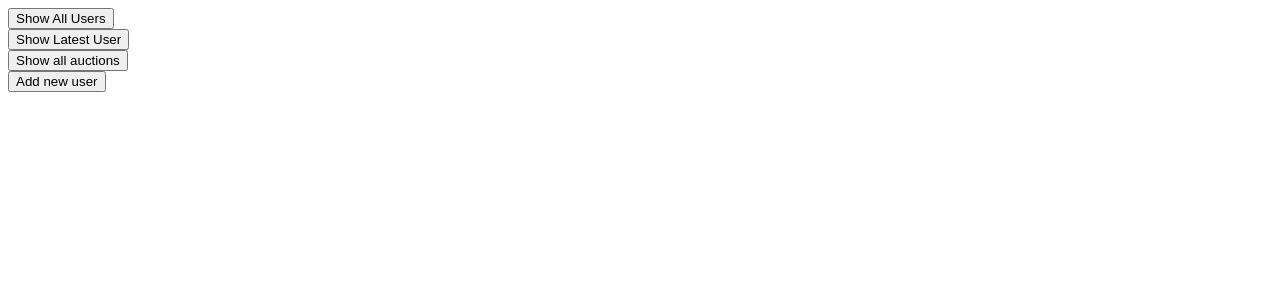
Repository: jnnbaran/DBManager
Page: http://localhost/DBServlet/
The author's editor kept a copy of each file at every save. The page is drawn from the files as they stood at one save, then again after the next save.
The browser window is 1280 px wide. The pictures show the whole page.
The page is served by Tomcat 9. Other server files are loaded and not shown.

Above is the page before, as saved 2019-11-18 17:30:45.

### DBServlet/WebContent/query.jsp
<%@ page language="java" contentType="text/html; charset=ISO-8859-1"
    pageEncoding="ISO-8859-1"%>
<!DOCTYPE html PUBLIC "-//W3C//DTD HTML 4.01 Transitional//EN" "http://www.w3.org/TR/html4/loose.dtd">
<html>
<head>
<meta http-equiv="Content-Type" content="text/html; charset=ISO-8859-1">
<title>SQL query</title>
</head>
<body>
 <form name="queryForm" action="UsersServlet" method="post">

        <button name="query" cols="50" rows="10" form="queryForm" value = "select * from users"> Show All Users </button>
       <br/>
        <button name="query" cols="50" rows="10" form="queryForm" value = "select * from users WHERE id=max(id)"> Show Latest User </button>

 </form>

<form name="queryForm" action="AuctionsServlet" method="post">

        <button name="query" cols="50" rows="10" form="queryForm" value = "select * from AUCTIONSONLINE "> Show all auctions </button>

 </form>


        <button name="query" cols="50" rows="10" form="queryForm" href="add.jsp"> Add new user </button>



</body>
</html>

After the next save:
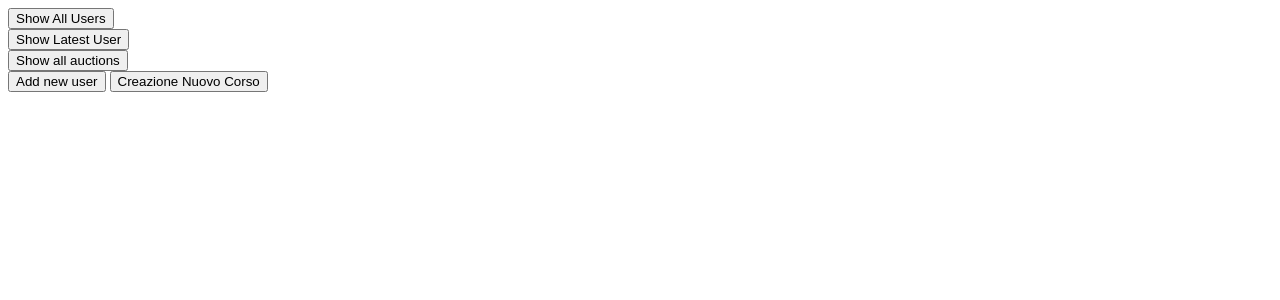
Saved 42 s later.
--- a/DBServlet/WebContent/query.jsp
+++ b/DBServlet/WebContent/query.jsp
@@ -24,6 +24,8 @@
 
         <button name="query" cols="50" rows="10" form="queryForm" href="add.jsp"> Add new user </button>
 
+    <input type="button" value="Creazione Nuovo Corso" name="CreateCourse"
+onclick="document.forms[0].action = 'add.jsp'; return true;" />
 
 
 </body>
